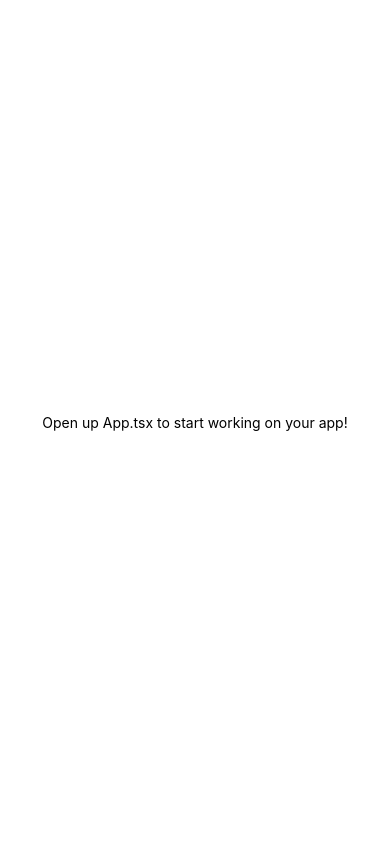
Repository: duongnoob23/WIND_SPEED_IOT
Screen: /Portfolio
An editor plug-in stored every save of this project. The screen is shown before and after a run of saves, followed by the edit.
The app was drawn by React Native's web renderer in a window 390 px wide. The project was rebuilt for these pictures with package versions that can differ from the ones it lists, and the page was loaded fresh each time.

Above is the screen before, as saved 2025-03-10 15:06:57.

After the next 2 saves:
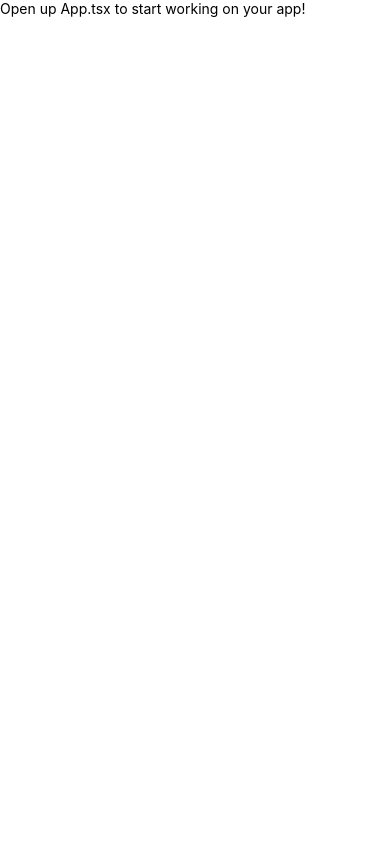
The 2 saves are shown as one change because 1 did not build or start.
The last was saved 2 min 20 s later.
--- a/App.tsx
+++ b/App.tsx
@@ -3,24 +3,30 @@ import { StyleSheet, Text, View } from "react-native";
 
 export default function App() {
   return (
-    <View style={styles.container}>
-      <Text>Open up App.tsx to start working on your app!</Text>
-      <StatusBar style="auto" />
-    </View>
+    <>
+      <View>
+        <Text>Open up App.tsx to start working on your app!</Text>
+        <StatusBar style="auto" />
+      </View>
+    </>
   );
 }
 
+// const styles = StyleSheet.create({
+//   container: {
+//     flex: 1,
+//     backgroundColor: "#fff",
+//     alignItems: "center",
+//     justifyContent: "center",
+//   },
+// });
+
 const styles = StyleSheet.create({
-  container: {
-    flex: 1,
-    backgroundColor: "#fff",
-    alignItems: "center",
-    justifyContent: "center",
-  },
-});
-
-const styles1 = StyleSheet.create({
   container: {
     fontSize: 60,
   },
+
+  title1: {
+    fontWeight: "bold",
+  },
 });
